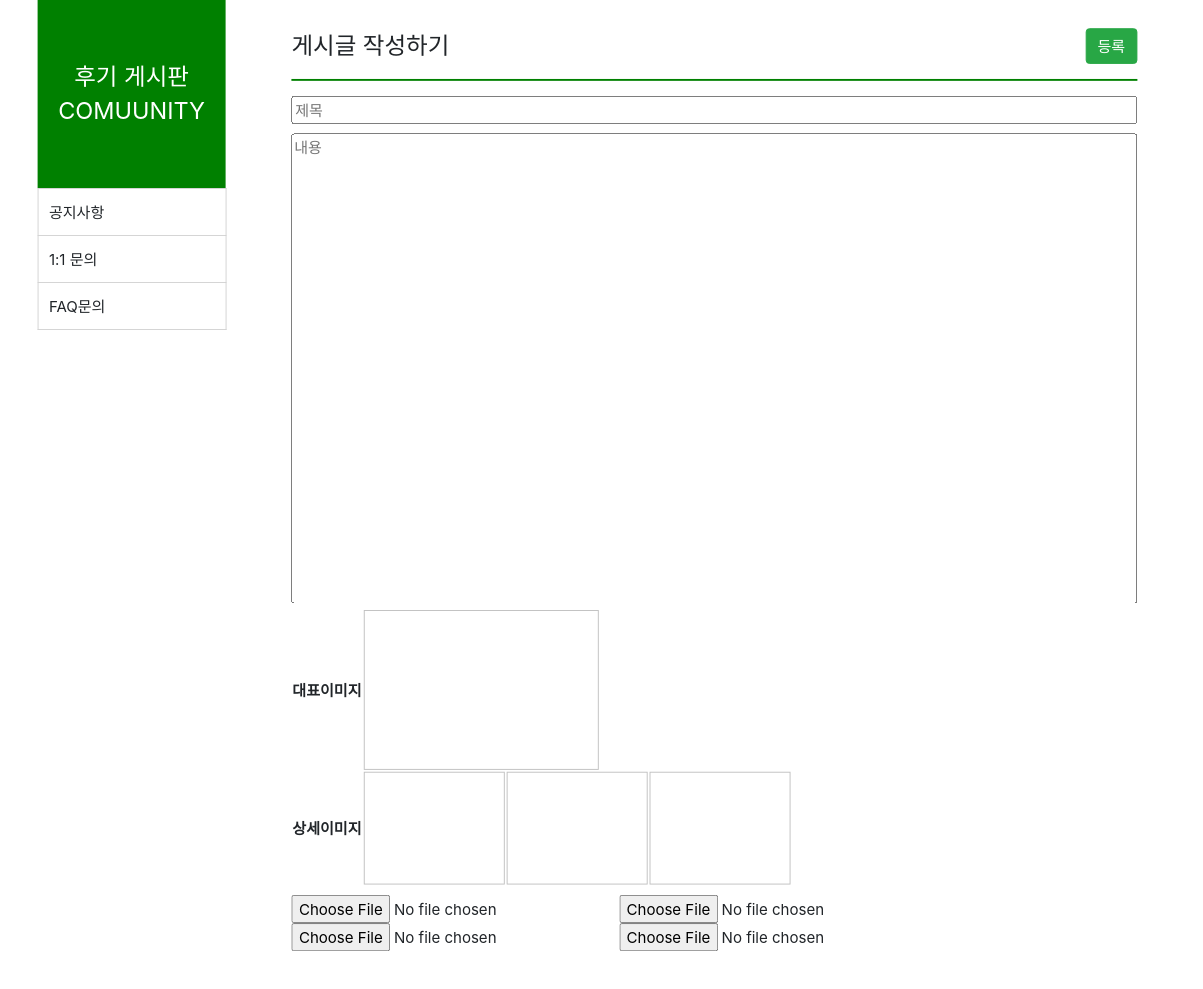
Repository: maru4737/semi
Page: http://localhost/Semi_Project/enroll.fd
The author's editor kept a copy of each file at every save. The page is drawn from the files as they stood at one save, then again after the next save.
The browser window is 1280 px wide. The pictures show the whole page, at 94% of full size.
The page is served by Tomcat 9. Other server files are loaded and not shown.

Above is the page before, as saved 2021-12-06 09:44:44.

### Semi_Project/WebContent/views/board/boardEnrollView.jsp
<%@ page language="java" contentType="text/html; charset=UTF-8"
	pageEncoding="UTF-8"%>
	<%String alertMsg = (String)session.getAttribute("alertMsg"); %>
<!DOCTYPE html>
<html>
<head>
<meta charset="UTF-8">
<meta http-equiv="X-UA-Compatible" content="IE=edge">
<meta name="viewport" content="width=device-width, initial-scale=1.0">
<title>자유게시판</title>
<!-- Latest compiled and minified CSS -->
<link rel="stylesheet"
	href="https://maxcdn.bootstrapcdn.com/bootstrap/4.5.2/css/bootstrap.min.css">

<!-- jQuery library -->
<script
	src="https://ajax.googleapis.com/ajax/libs/jquery/3.5.1/jquery.min.js"></script>

<!-- Popper JS -->
<script
	src="https://cdnjs.cloudflare.com/ajax/libs/popper.js/1.16.0/umd/popper.min.js"></script>

<!-- Latest compiled JavaScript -->
<script
	src="https://maxcdn.bootstrapcdn.com/bootstrap/4.5.2/js/bootstrap.min.js"></script>

<style>
.wrap {
	width: 1200px;
	margin: 0px auto;
}

#header {
	width: 100%;
	height: 200px;
}

#board-side {
	float: left;
	width: 20%;
}

#board-title {
	width: 200px;
	height: 200px;
	background: green;
	font-size: 25px;
	font-display: none;
	text-decoration: none;
	text-align: center;
	color: white;
	text-align: center;
	display: table-cell;
	vertical-align: middle;
}

#board-center {
	float: left;
	padding: 30px;
	width: 80%;
}

.hr1 {
	border: 0;
	height: 2px;
	background: green;
}

.table-side td {
	border: 1px solid lightgrey;
	width: 200px;
	height: 50px;
	text-indent: 10px;
	text-align: left;
}

.table-side tr:hover {
	color: green;
}

#board-center-header>span {
	font-size: 25px;
}

#title {
	width: 100%;
	resize: none;
	margin-bottom: 10px;
}

#content {
	width: 100%;
	height: 500px;
	resize: none;
}

.input-file {
	margin: 10px 0px;
}
</style>
</head>

<body>
	<div class="wrap">

		<form action="/javajo/insert.fb" id="enroll-form" method="post"
			enctype="multipart/form-data">

			<input type="hidden" name="userNo" value="1">

			<div id="board-body">
				<div id="board-side">
					<div id="board-title" onclick="location.href=''"
						style="cursor: pointer;">
						<span>후기 게시판</span><br>COMUUNITY
					</div>
					<table class="table-side">
						<tr>
							<td>공지사항</td>
						</tr>
						<tr>
							<td>1:1 문의</td>
						</tr>
						<tr>
							<td>FAQ문의</td>
						</tr>
					</table>
				</div>
				<div id="board-center">
					<div id="board-center-header">
						<span>게시글 작성하기</span>
						<button type="submit" class="btn btn-success"
							style="float: right;" name="submit">등록</button>
					</div>
					<hr class="hr1">
					<div id="in_title">
						<input type="text" name="title" id="title" placeholder="제목"
							required>
					</div>

					<div id="in_content">
						<textarea name="content" id="content" placeholder="내용" required></textarea>
					</div>

					<!-- 미리보기 영역-->
					<table>
						<tr>
							<th>대표이미지</th>
							<td colspan="3"><img id="titleImg" width="250" height="170" >
							</td>

						</tr>
						<tr>
							<th>상세이미지</th>
							<td><img id="contentImg1" width="150" height="120"></td>
							<td><img id="contentImg2" width="150" height="120"></td>
							<td><img id="contentImg3" width="150" height="120"></td>
						</tr>
					</table>


					<div class="input-file">
						<input type="file" id="file1" name="file1" onchange="loadImg(this,1)" required>
						<input type="file" id="file2" name="file2" onchange="loadImg(this,2)">
						<input type="file" id="file3" name="file3" onchange="loadImg(this,3)">
						<input type="file" id="file4" name="file4" onchange="loadImg(this,4)">
					</div>

					<script>
						$(function() {

							$("#file-area").hide();

							$("#titleImg").click(function() {
								$("#file1").click();
							});

							$("#contentImg1").click(function() {
								$("#file2").click();
							})
							$("#contentImg2").click(function() {
								$("#file3").click();
							})
							$("#contentImg3").click(function() {
								$("#file4").click();
							})
						});

						function loadImg(inputFile, num) {

							// inputFile : 현재 변화가 생긴 <input type="file"> 요소 객체
							// num : 몇번째 input 요소인지 확인 후 그 해당 영역에 미리보기 하기 위한 변수

							console.log(inputFile.files.length);
							// inputFile.files.length : 파일 선택 시 1, 파일 선택 취소 시 0이 찍힘
							// => 파일의 존재 유무를 알 수 있다.

							// files 속성 " 업로드된 파일의 정보들을 배열 형식으로 여러개 묶어서 반환"

							if (inputFile.files.length == 1) { // 파일이 있는 경우

								// 선택된 파일을 읽어들여서 그 영역에 맞는 곳에 미리보기

								// 파일을 읽어들일 FileReader 객체 생성
								var reader = new FileReader();

								// FileReader 객체로부터 파일을 읽어들이는 메소드를 호출
								// 어느 파일을 읽어들일건지 매개변수로 제시해야함 !!
								// 0번 인덱스에 담긴 파일 정보를 제시
								reader.readAsDataURL(inputFile.files[0]);
								// => 해당 파일을 읽어들이는 순간
								//    해당 그 파일만의 고유한 url 이 부여됨
								// => 해당 url 을 src 속성으로 부여할것 !

								// 파일 읽기가 완료되었을 때 실행할 함수를 정의
								reader.onload = function(e) {
									// e의 target => e.target => 이벤트 당한 객체 (this)

									// e 의 target.result 에 각 파일의 url 이 담긴다.
									// e.target.result == this.result

									// 각 영역에 맞춰서 이미지 미리보기
									switch (num) {
									case 1:
										$("#titleImg").attr("src",
												e.target.result);
										break;
									case 2:
										$("#contentImg1").attr("src",
												e.target.result);
										break;
									case 3:
										$("#contentImg2").attr("src",
												e.target.result);
										break;
									case 4:
										$("#contentImg3").attr("src",
												e.target.result);
										break;
									}
								};

							} else { // 파일이 없는 경우
								// 미리보기 사라지게 하기
								// src=null 을 담아서 사라지게 할 것

								switch (num) {
								case 1:
									$("#titleImg").attr("src", null);
									break;
								case 2:
									$("#contentImg1").attr("src", null);
									break;
								case 3:
									$("#contentImg2").attr("src", null);
									break;
								case 4:
									$("#contentImg3").attr("src", null);
									break;
								}

							}

						}
					</script>

				</div>
			</div>
		</form>
	</div>
</body>

</html>

### Semi_Project/src/com/kh/f_board/controller/F_boardEnrollController.java
package com.kh.f_board.controller;

import java.io.IOException;
import javax.servlet.ServletException;
import javax.servlet.annotation.WebServlet;
import javax.servlet.http.HttpServlet;
import javax.servlet.http.HttpServletRequest;
import javax.servlet.http.HttpServletResponse;

/**
 * Servlet implementation class F_boardEnrollController
 */
@WebServlet("/enroll.fd")
public class F_boardEnrollController extends HttpServlet {
	private static final long serialVersionUID = 1L;

    /**
     * @see HttpServlet#HttpServlet()
     */
    public F_boardEnrollController() {
        super();
        // TODO Auto-generated constructor stub
    }

	/**
	 * @see HttpServlet#doGet(HttpServletRequest request, HttpServletResponse response)
	 */
	protected void doGet(HttpServletRequest request, HttpServletResponse response) throws ServletException, IOException {

		request.getRequestDispatcher("views/board/boardEnrollView.jsp").forward(request, response);

	}

	/**
	 * @see HttpServlet#doPost(HttpServletRequest request, HttpServletResponse response)
	 */
	protected void doPost(HttpServletRequest request, HttpServletResponse response) throws ServletException, IOException {
		// TODO Auto-generated method stub
		doGet(request, response);
	}

}

After the next save:
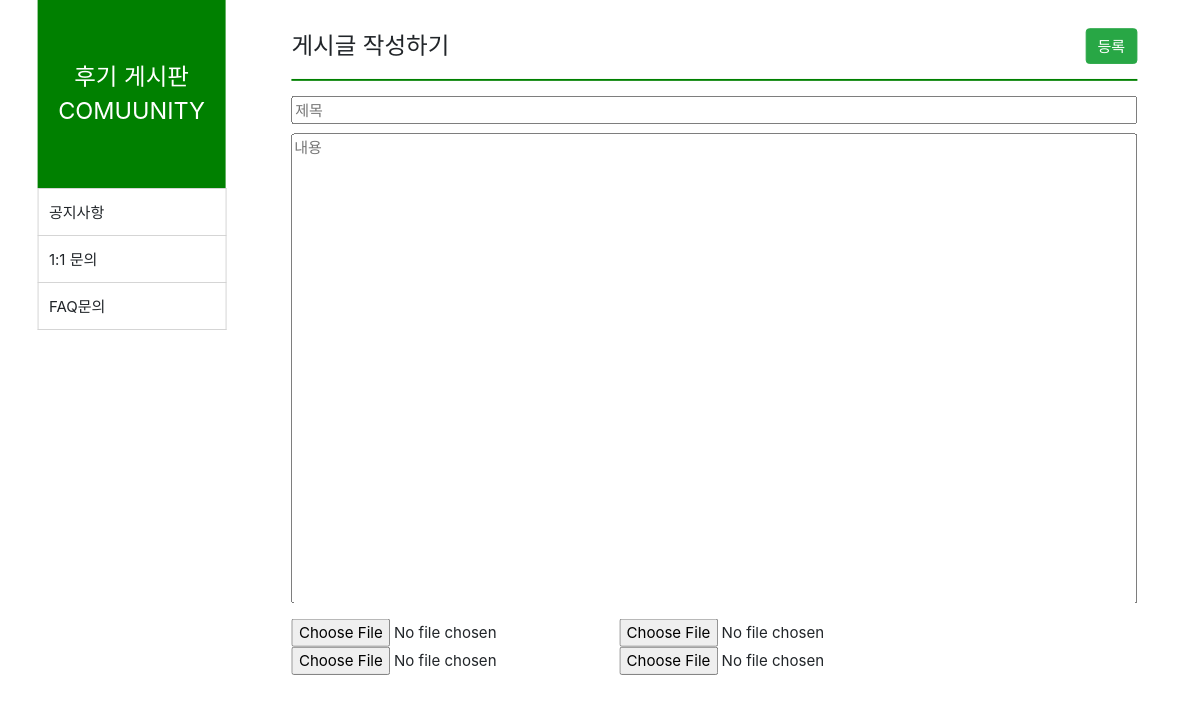
Saved 73 s later.
--- a/Semi_Project/WebContent/views/board/boardEnrollView.jsp
+++ b/Semi_Project/WebContent/views/board/boardEnrollView.jsp
@@ -143,7 +143,7 @@
 					</div>
 
 					<!-- 미리보기 영역-->
-					<table>
+					<table id="file-area">
 						<tr>
 							<th>대표이미지</th>
 							<td colspan="3"><img id="titleImg" width="250" height="170" >
